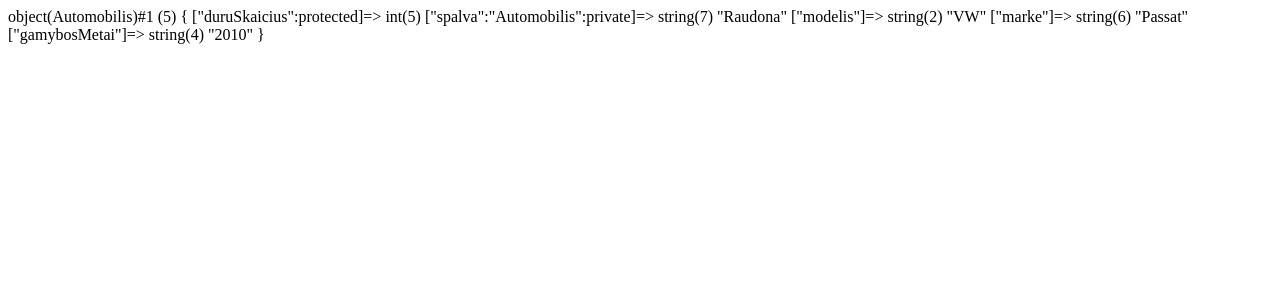
Repository: motiejus1/11-paskaita-PHP-05.31
Page: http://localhost/konstruktorius.php
An editor plug-in stored every save of this project. The page is shown before and after a run of saves, followed by the edit.
The browser window is 1280 px wide. The pictures show the whole page.
The page is run by PHP 8.4 with error messages shown; the project is at /var/www/html/.

Above is the page before, as saved 2021-08-09 19:39:29.

### konstruktorius.php
<?php

//Funkcija(metodas) kuri pasileidzia objekto sukurimo metu - konstruktorius


//Klase
class Automobilis {
    //Modeli
    //Marke
    //Gamybos metus

    //Access modifier
    //public - kai bus sukurtas objektas, tas kintamas arba metodas bus pasiekiamas uz objekto/klases ribu
    //private - kintamasis arba metodas gali buti naudojamas tik pacioje klaseje

    //protected - kintamasis arba metodas gali buti naudojamas pacioje klaseje ir jos vaikinese klasese
    protected $duruSkaicius;
    private $spalva;
    public $modelis;
    public $marke;
    public $gamybosMetai;

    //Metodai(vidines funkcijos)
    //public
     function __construct($a, $b, $c) {
        $this->modelis = $a;
        $this->marke = $b;
        $this->gamybosMetai = $c;
        $this->spalva = "Raudona";
        $this->duruSkaicius = 5;
    }
}

//Objektas
$automobilis = new Automobilis("VW", "Passat", "2010");
$automobilis1 = new Automobilis("BMW", "320", 2003);
var_dump($automobilis);


?>

After the next 2 saves:
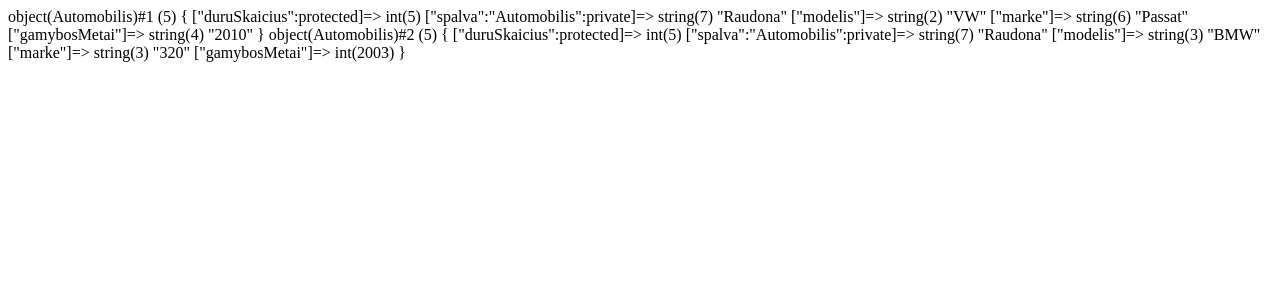
The 2 saves are shown as one change because they came seconds apart.
The last was saved 5 s later.
--- a/konstruktorius.php
+++ b/konstruktorius.php
@@ -35,6 +35,6 @@
 $automobilis = new Automobilis("VW", "Passat", "2010");
 $automobilis1 = new Automobilis("BMW", "320", 2003);
 var_dump($automobilis);
-
+var_dump($automobilis1);
 
 ?>
